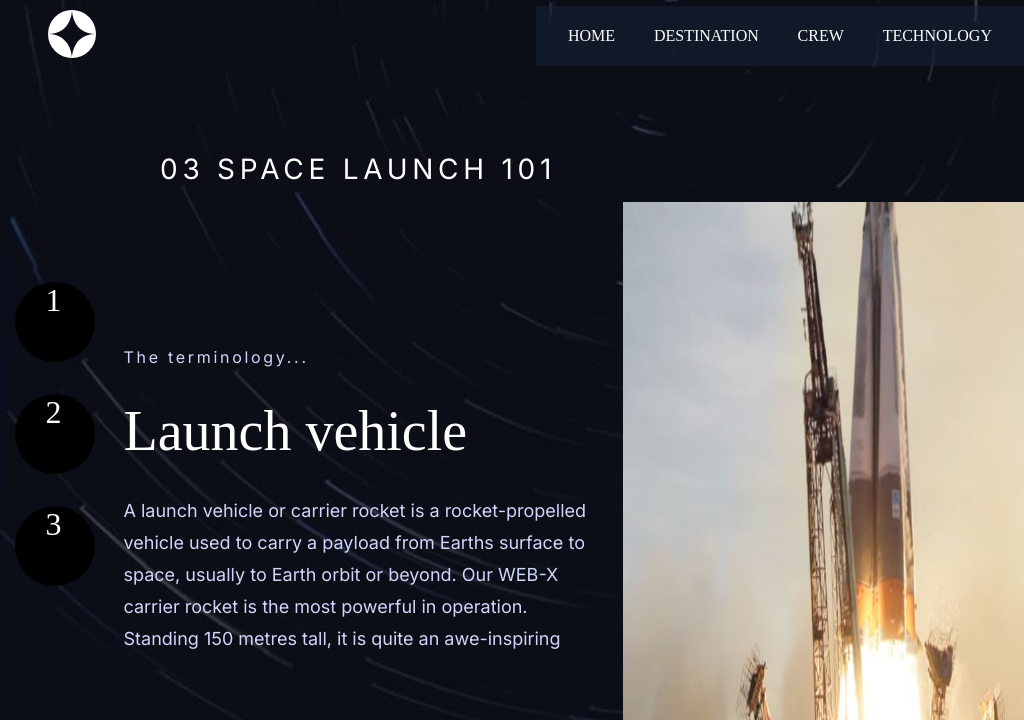
Repository: nilesjamex/space
Page: /Technology
These files come from the project's save history. The page is drawn as it stood at one moment and after the next save; the edit follows.
The browser window is 1024 px wide. The pictures show the whole page.
Some web fonts or font styles are not loaded; a fallback is used. The project was rebuilt for these pictures with package versions that can differ from the ones it lists, and the page was loaded fresh each time. The framework's server and built-in components were replaced by stand-ins that run in the browser. Also part of the build but not shown: next.config.js.

Above is the page before, as saved 2022-01-08 23:32:12.

After the next save:
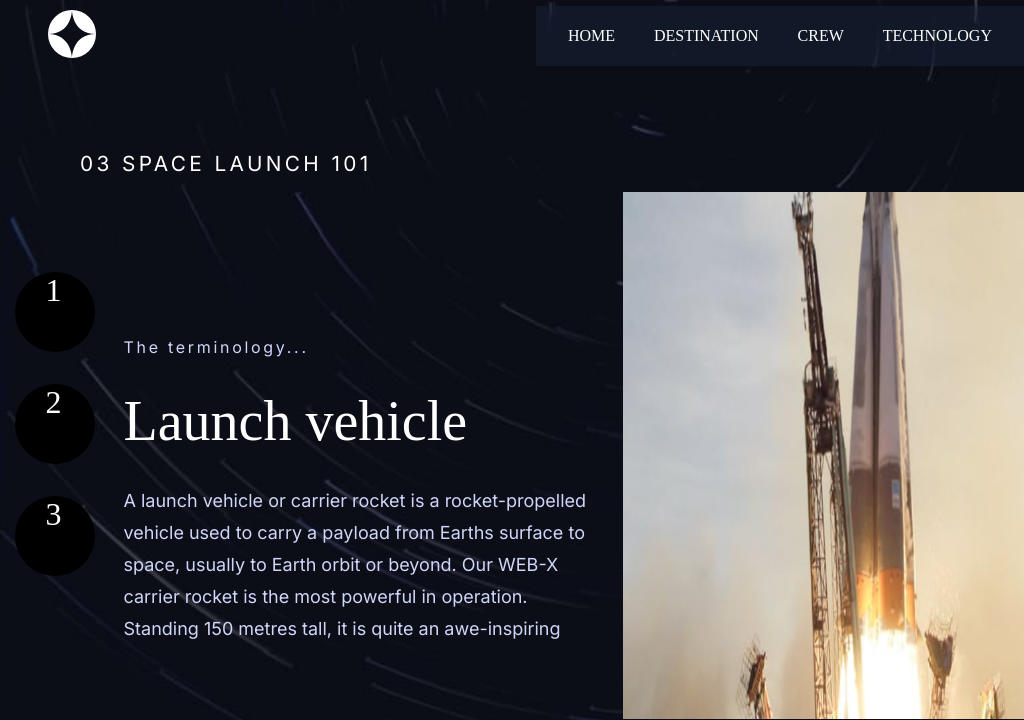
Saved 8 min 48 s later.
--- a/Components/Technology/Home/home.module.css
+++ b/Components/Technology/Home/home.module.css
@@ -21,4 +21,11 @@
         background-size: cover;
         height: 100vh;
     }
+    .hometext {
+        font-size: 1.3rem;
+        line-height: 24px;
+        /*  identical to box height */
+        letter-spacing: 3.375px;
+        margin: 5rem 0 1rem 5rem;
+    }
 }
